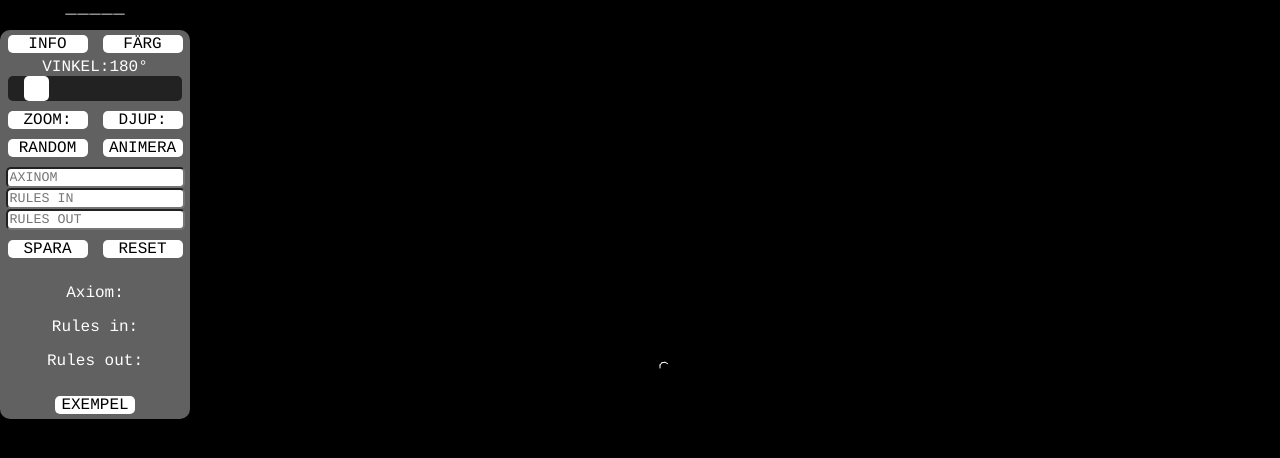
Repository: Gabrielw123/Fraktalgenerator
Page: fraktaler/test/index.html
An editor plug-in stored every save of this project. The page is shown before and after the next save, followed by the edit.
The browser window is 1280 px wide. The pictures show the whole page.
Some web libraries are served in a nearby version.

Above is the page before, as saved 2022-01-13 13:54:41.

### fraktaler/test/index.html
<!DOCTYPE html>
<html lang="en">
  <head>
    <meta charset="UTF-8" />
    <meta http-equiv="X-UA-Compatible" content="IE=edge" />
    <meta name="viewport" content="width=device-width, initial-scale=1.0" />
    <link rel="stylesheet" href="style.css" />
    <title>Fraktal Generator</title>
    <script src="https://cdn.jsdelivr.net/npm/p5@1.0.0/lib/p5.js"></script>
    <!--fading-->
    <script
      src="http://ajax.googleapis.com/ajax/libs/jquery/1.7.1/jquery.min.js"
      type="text/javascript"
    ></script>
  </head>
  <body>
    <!--Skapa en canvas-->
    <canvas id="canvas"></canvas>

    <div class="kontroller">
      <div
        style="background: black"
        onmousedown="return false"
        onselectstart="return false"
        class="grid-container1"
      >
        <div class="grid-item">
          <a class="knappgöm" id="gömknapp" onClick="action();">⏤⏤⏤⏤⏤</a>
        </div>
      </div>

      <div
        style="border-top-left-radius: 10px; border-top-right-radius: 10px"
        onmousedown="return false"
        onselectstart="return false"
        class="grid-container"
        id="göm1"
      >
        <div class="grid-item">
          <a class="knapp" id="infoknapp">INFO</a>
        </div>
        <div class="grid-item">
          <a class="knapp" id="colorknapp" onclick="color();">FÄRG</a>
        </div>
      </div>
      <!--slider vinkel-->
      <div class="slider-container" id="göm2">
        <a onmousedown="return false" onselectstart="return false"
          >VINKEL:<span id="vinkel-out"></span>&deg;</a
        >
        <input type="range" min="0" max="360" class="slider" id="vinkel" />
      </div>

      <div
        onmousedown="return false"
        onselectstart="return false"
        class="grid-container"
        id="göm3"
      >
        <div class="grid-item">
          <a class="knapp" id="längdknapp">ZOOM:<span id="segment_n"></span></a>
        </div>
        <div class="grid-item">
          <a class="knapp" id="djupknapp"
            >DJUP:<span id="generation-out"></span
          ></a>
        </div>

        <div class="grid-item">
          <a class="knapp" id="randomknapp" onclick="random();">RANDOM</a>
        </div>
        <div class="grid-item">
          <a class="knapp" id="animeraknapp" onclick="animera();">ANIMERA</a>
        </div>
      </div>

      <div class="grid-container1" id="göm4">
        <div class="grid-item">
          <input
            style="font-family: courier"
            class="input"
            type="text"
            placeholder="AXINOM"
            id="axiom"
          />
          <input
            style="font-family: courier"
            class="input"
            type="text"
            placeholder="RULES IN"
            id="rules1"
          />
          <input
            style="font-family: courier"
            class="input"
            type="text"
            placeholder="RULES OUT"
            id="rules2"
          />
        </div>
      </div>
      <div
        onmousedown="return false"
        onselectstart="return false"
        class="grid-container"
        id="göm5"
      >
        <div class="grid-item">
          <a class="knapp" id="btn">SPARA</a>
        </div>
        <div class="grid-item">
          <a class="knapp" id="resetknapp" onclick="reset();">RESET</a>
        </div>
      </div>
      <div
        style="
          border-bottom-left-radius: 10px;
          border-bottom-right-radius: 10px;
        "
        class="grid-container1"
        id="göm6"
      >
        <div class="grid-item">
          <p>Axiom:<span id="axiom-out"></span></p>
          <p>Rules in:<span id="rules1-out"></span></p>
          <p>Rules out:<span id="rules2-out"></span></p>
          <p></p>
        </div>
        <div class="grid-item">
          <a
            onmousedown="return false"
            onselectstart="return false"
            class="knapp"
            id="exempelknapp"
            onclick="example();"
            >EXEMPEL</a
          >
        </div>
      </div>

      <!--EXEMPEL-->

      <div
        style="border-radius: 10px"
        onmousedown="return false"
        onselectstart="return false"
        class="grid-container"
        id="göm7"
      >
        <div class="grid-item">
          <a class="knappex" id="Board">Board</a>
        </div>
        <div class="grid-item">
          <a class="knappex" id="Crystal">Crystal</a>
        </div>
        <div class="grid-item">
          <a class="knappex" id="Dragon Curve">Dragon Curve</a>
        </div>
        <div class="grid-item">
          <a class="knappex" id="Hexagonal Gosper">Hexagonal Gosper</a>
        </div>
        <div class="grid-item">
          <a class="knappex" id="Kochcurve">Koch curve</a>
        </div>
        <div class="grid-item">
          <a class="knappex" id="Krishna Anklets">Krishna Anklets</a>
        </div>
        <div class="grid-item">
          <a class="knappex" id="Lévy curve">Lévy curve</a>
        </div>
        <div class="grid-item">
          <a class="knappex" id="L-System Bushes 1">L-System Bushes 1</a>
        </div>
        <div class="grid-item">
          <a class="knappex" id="L-System Bushes 2">L-System Bushes 2</a>
        </div>
        <div class="grid-item">
          <a class="knappex" id="Peano Curve">Peano Curve</a>
        </div>
        <div class="grid-item">
          <a class="knappex" id="Quadratic Snowflake">Quadratic Snowflake </a>
        </div>
        <div class="grid-item">
          <a class="knappex" id="Rings">Rings</a>
        </div>
        <div class="grid-item">
          <a class="knappex" id="Sierpinski Arrowhead">Sierpinski Arrowhead</a>
        </div>
        <div class="grid-item">
          <a class="knappex" id="Sierpinskisquare">Sierpinski Square</a>
        </div>
        <div class="grid-item">
          <a class="knappex" id="Snowflake">Snowflake</a>
        </div>
        <div class="grid-item">
          <a class="knappex" id="Tiles">Tiles</a>
        </div>
        <div class="grid-item">
          <a class="knappex" id="Triangle">Triangle</a>
        </div>
        <div class="grid-item">
          <a class="knappex" id="Von Koch Snowflake">Von Koch Snowflake</a>
        </div>
      </div>
    </div>
    <!--Script-->
    <script src="bruh.js">
      example();
            fraktal.update();
    </script>
  </body>
</html>

### fraktaler/test/style.css
body {
  font-family: "courier", monospace;
  background-color: black;
  color: white;
  text-align: center;
}

.input {
  width: 90%;
  border-radius: 5px;
  color: black;
  background: white;
}
.input:hover {
  background: black;
  color: white;
}

.kontroller {
  width: 190px;
  height: 180px;
  margin: auto;
  position: fixed;
  top: 0%;
  left: 0%;
  right: 100%;
}
.grid-container {
  background: rgba(97, 97, 97, 1);
  display: grid;
  grid-template-columns: auto auto;
}

.grid-container1 {
  background: rgba(97, 97, 97, 1);
  display: grid;
  grid-template-columns: auto;
}
.grid-item {
  text-align: center;
  margin: auto;
  padding-top: 5px;
  padding-bottom: 5px;
}
.grid-item1 {
  text-align: center;
  margin: auto;
  padding-top: 5px;
  padding-bottom: 5px;
  width: 300px;
}
#axiom-out {
  text-align: left;
}
.slider-container {
  background: rgba(97, 97, 97, 1);
  display: grid;
  grid-template-columns: auto;
  width: 100%;
  margin: auto;
  padding-bottom: 5px;
}
.slider {
  -webkit-appearance: none;
  width: 92%;
  height: 25px;
  background: #222222;
  outline: none;
  margin: auto;
  -webkit-transition: 0.2s;
  transition: opacity 0.2s;
  border-radius: 5px;
}

.slider:hover {
  background: black;
  color: white;
}

.slider::-webkit-slider-thumb {
  -webkit-appearance: none;
  appearance: none;
  width: 25px;
  height: 25px;
  background: #ffffff;
  cursor: pointer;
  border-radius: 5px;
}

.slider::-moz-range-thumb {
  width: 25px;
  height: 25px;
  background: #04aa6d;
  cursor: pointer;
}

a.knapp {
  display: block;
  background: white;
  color: black;
  width: 80px;
  cursor: pointer;
  border-radius: 5px;
}
a.knapp:hover {
  background: black;
  border-radius: 5px;
  color: white;
}

#canvas {
  position: fixed;
  top: 0px;
  left: 0px;
  z-index: -1;
}

a.knappon {
  display: block;
  width: 80px;
  background: black;
  color: white;
  cursor: pointer;
  border-radius: 5px;
}
a.knappex {
  background: white;
  color: black;
  text-align: center;
  cursor: pointer;
  font-size: 13px;
  width: 85px;
  height: 35px;
  display: table-cell;
  vertical-align: middle;
  border-radius: 5px;
}
a.knappex:hover {
  background: black;
  border-radius: 5px;
  color: white;
}
.span {
  width: 500px;
}
.knappgöm {
  display: block;
  background: black;
  color: white;
  width: 85px;
  height: 20px;
  cursor: pointer;
  font-size: 15px;
  border-radius: 5px;
}
a.knappgöm:hover {
  background: white;
  border-radius: 5px;
  color: black;
}

### fraktaler/test/bruh.js
/*

Den här fraktal generatorn använder sig av Lindenmayer systemet (https://en.wikipedia.org/wiki/L-system)

Källor för lite info
https://codesandbox.io/s/fraktal-generator-forked-g76j8?file=/sketch.js
https://en.wikipedia.org/wiki/L-system#Types_of_L-systems
http://paulbourke.net/fractals/lsys/
https://www.sidefx.com/docs/houdini/nodes/sop/lsystem.html
http://www1.biologie.uni-hamburg.de/b-online/e28_3/lsys.html
https://www.kevs3d.co.uk/dev/lsystems/
https://piratefsh.github.io/p5js-art/public/lsystems/

*/

//INFO button
fetch("README.txt")
  .then((response) => response.text())
  .then((text) => console.log(text));

var info = document.getElementById("infoknapp");
info.onclick = function () {
  confirm("to");
};

//hur snabbt den animerar
var animatespeed = 100;

//lite variablar
let genButton;
let resButton;
let guiText;
color_n = 0;
let generation = 0;
let maxGeneration = 5;
let length;
let angle;
//första load
let axiom = "F+F+F+F";
let rules = [
  {
    in: "F",
    out: "F+F-F-FF+F+F-F",
  },
];

//save button för egna input på fraktaler
const btn = document.getElementById("btn");

btn.addEventListener("click", function () {
  var axiom2 = document.getElementById("axiom").value;
  var rules1 = document.getElementById("rules1").value;
  var rules2 = document.getElementById("rules2").value;
  confirm(
    "Axiom: " + axiom2 + "\nRules in: " + rules1 + "\nRules out: " + rules2
  );
  axiom = axiom2;
  rules = [
    {
      in: rules1,
      out: rules2,
    },
  ];
});

//animera ikonen på hemsidan
var favicon_images = [
    "bilderhem/tmp-0.gif",
    "bilderhem/tmp-1.gif",
    "bilderhem/tmp-2.gif",
    "bilderhem/tmp-3.gif",
    "bilderhem/tmp-4.gif",
    "bilderhem/tmp-5.gif",
  ],
  image_counter = 0;

setInterval(function () {
  if (document.querySelector("link[rel='icon']") !== null)
    document.querySelector("link[rel='icon']").remove();
  if (document.querySelector("link[rel='shortcut icon']") !== null)
    document.querySelector("link[rel='shortcut icon']").remove();
  document
    .querySelector("head")
    .insertAdjacentHTML(
      "beforeend",
      '<link rel="icon" href="' +
        favicon_images[image_counter] +
        '" type="image/gif">'
    );
  if (image_counter == favicon_images.length - 1) image_counter = 0;
  else image_counter++;
}, 200);

//göm UI
var hidden = false;
function action() {
  hidden = !hidden;
  if (hidden) {
    document.getElementById("göm1").style.visibility = "hidden";
    document.getElementById("göm2").style.visibility = "hidden";
    document.getElementById("göm3").style.visibility = "hidden";
    document.getElementById("göm4").style.visibility = "hidden";
    document.getElementById("göm5").style.visibility = "hidden";
    document.getElementById("göm6").style.visibility = "hidden";
    if (document.getElementById("göm7").style.visibility === "visible") {
      document.getElementById("göm7").style.visibility = "hidden";
    }
  } else {
    document.getElementById("göm1").style.visibility = "visible";
    document.getElementById("göm2").style.visibility = "visible";
    document.getElementById("göm3").style.visibility = "visible";
    document.getElementById("göm4").style.visibility = "visible";
    document.getElementById("göm5").style.visibility = "visible";
    document.getElementById("göm6").style.visibility = "visible";
    document.getElementById("göm7").style.visibility = "visible";
  }
}
//göm från början
document.getElementById("göm7").style.visibility = "hidden";
var hidden1 = true;
function example() {
  hidden1 = !hidden1;
  if (hidden1) {
    document.getElementById("göm7").style.visibility = "hidden";
  } else {
    document.getElementById("göm7").style.visibility = "visible";
  }
}

let sentence = axiom;

//start funktion
function setup() {
  createCanvas(windowWidth - 40, windowHeight - 25);
  angle = radians(vinkel.value);
  length = segment_n * 3;
  turtle();
  drawGUI();
}

//color problem
var r = 255,
  g = 0,
  b = 0;

setInterval(function () {
  if (r > 0 && b == 0) {
    r--;
    g++;
  }
  if (g > 0 && r == 0) {
    g--;
    b++;
  }
  if (b > 0 && g == 0) {
    r++;
    b--;
  }
  $("#color").text("rgb(" + r + "," + g + "," + b + ")");
  $("#color").css("color", "rgb(" + r + "," + g + "," + b + ")");
  turtle();
  console.log("df");
}, 10);

function generate() {
  length = segment_n * 3;

  let nextSentence = "";

  for (let i = 0; i < sentence.length; i++) {
    let found = false;
    let currentChar = sentence.charAt(i);

    for (let j = 0; j < rules.length; j++) {
      if (currentChar === rules[j].in) {
        found = true;
        nextSentence += rules[j].out;
        break;
      }
    }
    if (!found) {
      nextSentence += currentChar;
    }
  }
  sentence = nextSentence;
  turtle();
}
function turtle() {
  resetMatrix();
  background(0);
  //color
  if (color_n === 0) {
    stroke(255); //white
  }
  if (color_n === 1) {
    stroke(0, 0, 255); //blue
  }
  if (color_n === 2) {
    stroke(0, 128, 0); //green
  }
  if (color_n === 3) {
    stroke(255, 0, 0); //red
  }
  if (color_n === 4) {
    stroke(255, 165, 0); //orange
  }
  if (color_n === 5) {
    stroke(r, g, b); //rgb flera färger
  }
  translate(window.innerWidth / 2, window.innerHeight / 2);

  for (let i = 0; i <= sentence.length; i++) {
    let currentChar = sentence.charAt(i);

    if (currentChar === "F") {
      line(0, 0, 0, -length);
      translate(0, -length);
    } else if (currentChar === "+") {
      rotate(angle);
    } else if (currentChar === "-") {
      rotate(-angle);
    } else if (currentChar === "[") {
      push();
    } else if (currentChar === "]") {
      pop();
    }
  }
}

var djupknapp = document.getElementById("djupknapp");
djupknapp.onclick = function () {
  if (generation < maxGeneration) {
    generate();
  }
  generation++;
  if (generation > 5) {
    generation = 1;
    sentence = axiom;
    generate();
  }
  var generationout = document.getElementById("generation-out");
  generationout.innerHTML = generation;
  var axiomout = document.getElementById("axiom-out");
  axiomout.innerHTML = axiom;
  var rules1out = document.getElementById("rules1-out");
  rules1out.innerHTML = rules[0].in;
  var rules2out = document.getElementById("rules2-out");
  rules2out.innerHTML = rules[0].out;
};

//skriver ut värden och saker på skärmer för användaren
function drawGUI() {
  genButton = createButton("DJUP");
  genButton.size(85, 20);
  genButton.position(-200, 260);
  genButton.mousePressed(function () {
    if (generation < maxGeneration) {
      generate();
    }
    generation++;
    if (generation > 5) {
      generation = 1;
      sentence = axiom;
      generate();
    }
    var generationout = document.getElementById("generation-out");
    generationout.innerHTML = generation;
    var axiomout = document.getElementById("axiom-out");
    axiomout.innerHTML = axiom;
    var rules1out = document.getElementById("rules1-out");
    rules1out.innerHTML = rules[0].in;
    var rules2out = document.getElementById("rules2-out");
    rules2out.innerHTML = rules[0].out;
  });
}

//!Exemepel knappar

//Andra rad
animera_n = 0;

var c1 = 0;
var t;
var timer_is_on = 0;

//Random funktion
function getRandomInt(min, max) {
  min = Math.ceil(min);
  max = Math.floor(max);
  return Math.floor(Math.random() * (max - min) + min); //The maximum is exclusive and the minimum is inclusive
}

var fraktal = (function () {
  //js funktion
  const c = document.getElementById("canvas");
  var ctx = c.getContext("2d");

  //får bredden och höjden av hemsidan du har på din enhet
  c.width = window.innerWidth;
  c.height = window.innerHeight;
  ctx.strokeStyle = "black";
  ctx.lineWidth = 2;

  //!SLIDERS
  var vinkel = document.getElementById("vinkel");
  var vinkelout = document.getElementById("vinkel-out");
  vinkelout.innerHTML = vinkel.value;

  //gör saker med vinkel
  vinkel.oninput = function () {
    vinkelout.innerHTML = this.value;
    update();
  };

  //SEGMENT
  var segment = document.getElementById("längdknapp");
  segment.onclick = function () {
    segment_n++;
    if (segment_n === 6) {
      segment_n = 1;
    }
    document.getElementById("segment_n").innerHTML = segment_n;
    update();
  };
  //!RESET
  var reset = document.getElementById("resetknapp");
  reset.onclick = function () {
    sentence = axiom;
    turtle();
    vinkel.value = 90;
    segment_n = 3;
    generation = 2;
    axiom = "F+F+F+F";
    rules = [
      {
        in: "F",
        out: "F+F-F-FF+F+F-F",
      },
    ];
    //stönga av animera
    clearTimeout(t);
    animera.className = "knapp";
    c1 = 0;
    animera_n = 0;
    //update this
    update();
  };

  //!RANDOM
  var random = document.getElementById("randomknapp");
  random.onclick = function () {
    vinkel.value = getRandomInt(0, 361);
    vinkelout.innerHTML = vinkel.value;
    update();
  };

  //!ANIMERA

  var animera = document.getElementById("animeraknapp");
  animera.onclick = function () {
    animera_n++;
    if (animera_n === 1) {
      timedCount();
      animera.className = "knappon";
    }
    if (animera_n === 2) {
      clearTimeout(t);
      animera.className = "knapp";
      c1 = 0;
      animera_n = 0;
    }
  };
  //!COLOR

  var color = document.getElementById("colorknapp");
  color.onclick = function () {
    color_n++;
    if (color_n === 6) {
      color_n = 0;
    }
    update();
  };

  timedCount = function () {
    var v = parseInt(vinkel.value);
    v = v + 1;

    if (v === 361) {
      v = 0;
    }
    //updatera UI
    vinkel.value = v;
    vinkelout.innerHTML = vinkel.value;
    //vänta
    t = setTimeout(timedCount, animatespeed);
    update();
  };

  //!Uppdatera allt/////////////////////////////
  var update = function () {
    //skriver ut de nya väderna
    setup();
    //Updaterar sliders och bilder/knappar
    vinkelout.innerHTML = vinkel.value;
    document.getElementById("segment_n").innerHTML = segment_n;
    var generationout = document.getElementById("generation-out");
    generationout.innerHTML = generation;

    var axiomout = document.getElementById("axiom-out");
    axiomout.innerHTML = axiom;
    var rules1out = document.getElementById("rules1-out");
    rules1out.innerHTML = rules[0].in;
    var rules2out = document.getElementById("rules2-out");
    rules2out.innerHTML = rules[0].out;
    //sparar hashen för hemsidan
    save();
  };

  //!SAVE OCH LOAD
  var save = function () {
    var ruleid =
      "#" +
      vinkel.value +
      "," +
      segment_n +
      "," +
      generation +
      "," +
      axiom +
      "," +
      rules[0].in +
      "," +
      rules[0].out;
    window.location = String(window.location).replace(/\#.*$/, "") + ruleid;
  };

  var load = function () {
    let d = window.location.toString();
    if (d.includes("#")) {
      const myArr = d.split("#");

      const test = myArr[1].split(",");
      //Sliders
      vinkel.value = test[0];
      //Knappar
      segment_n = test[1];
      generation = test[2];
      axiom = test[3];
      rules[0].in = test[4];
      rules[0].out = test[5];

      if (
        vinkel.value == undefined ||
        segment_n === undefined ||
        generation === undefined ||
        axiom === undefined ||
        rules[0].in === undefined ||
        rules[0].out === undefined
      ) {
        //Sliders
        vinkel.value = 40;
        //Knappar
        segment_n = 1;
        generation = 1;
        axiom = "F";
        rules[0].in = "F";
        rules[0].out = "F+F";
      }
    } else {
      //Sliders
      vinkel.value = 40;
      //Knappar
      segment_n = 1;
      //Knappar
      generation = 1;
      axiom = "F";
      rules[0].in = "F";
      rules[0].out = "F+F";
    }
    save();
  };
  //!START
  load();

  //!EXEMPEL
  //Exemplerna är ifrån http://paulbourke.net/fractals/lsys/
  //save button för egna input på fraktaler
  const Kochcurve = document.getElementById("Kochcurve");
  Kochcurve.addEventListener("click", function () {
    axiom = "F+F+F+F";
    rules = [
      {
        in: "F",
        out: "F+F-F-FF+F+F-F",
      },
    ];
    vinkel.value = 90;
    segment_n = 3;
    generation = 5;
    update();
  });

  const Sierpinskisquare = document.getElementById("Sierpinskisquare");
  Sierpinskisquare.addEventListener("click", function () {
    axiom = "F+XF+F+XF";
    rules = [
      {
        in: "X",
        out: "XF-F+F-XF+F+XF-F+F-X",
      },
    ];
    vinkel.value = 90;
    segment_n = 3;
    generation = 5;
    update();
  });

  const LSystemBushes1 = document.getElementById("L-System Bushes 1");
  LSystemBushes1.addEventListener("click", function () {
    axiom = "F";
    rules = [
      {
        in: "F",
        out: "FF+[+F-F-F]-[-F+F+F]",
      },
    ];
    vinkel.value = 22.5;
    segment_n = 1;
    generation = 5;
    update();
  });

  const LSystemBushes2 = document.getElementById("L-System Bushes 2");
  LSystemBushes2.addEventListener("click", function () {
    axiom = "F";
    rules = [
      {
        in: "F",
        out: "F[+FF][-FF]F[-F][+F]F",
      },
    ];
    vinkel.value = 35;
    segment_n = 1;
    generation = 5;
    update();
  });

  const Board = document.getElementById("Board");
  Board.addEventListener("click", function () {
    axiom = "F+F+F+F";
    rules = [
      {
        in: "F",
        out: "FF+F+F+F+FF",
      },
    ];
    vinkel.value = 90;
    segment_n = 1;
    generation = 5;
    update();
  });

  const Triangle = document.getElementById("Triangle");
  Triangle.addEventListener("click", function () {
    axiom = "F+F+F";
    rules = [
      {
        in: "F",
        out: "F-F+F",
      },
    ];
    vinkel.value = 120;
    segment_n = 1;
    generation = 5;
    update();
  });
  const Crystal = document.getElementById("Crystal");
  Crystal.addEventListener("click", function () {
    axiom = "F+F+F+F";
    rules = [
      {
        in: "F",
        out: "FF+F++F+F",
      },
    ];
    vinkel.value = 90;
    segment_n = 1;
    generation = 5;
    update();
  });
  const VonKochSnowflake = document.getElementById("Von Koch Snowflake");
  VonKochSnowflake.addEventListener("click", function () {
    axiom = "F++F++F";
    rules = [
      {
        in: "F",
        out: "F-F++F-F",
      },
    ];
    vinkel.value = 60;
    segment_n = 1;
    generation = 5;
    update();
  });
  const Tiles = document.getElementById("Tiles");
  Tiles.addEventListener("click", function () {
    axiom = "F+F+F+F";
    rules = [
      {
        in: "F",
        out: "FF+F-F+F+FF",
      },
    ];
    vinkel.value = 90;
    segment_n = 1;
    generation = 5;
    update();
  });

  const Rings = document.getElementById("Rings");
  Rings.addEventListener("click", function () {
    axiom = "F+F+F+F";
    rules = [
      {
        in: "F",
        out: "FF+F+F+F+F+F-F",
      },
    ];
    vinkel.value = 90;
    segment_n = 1;
    generation = 5;
    update();
  });
  const Lévycurve = document.getElementById("Lévy curve");
  Lévycurve.addEventListener("click", function () {
    axiom = "F";
    rules = [
      {
        in: "F",
        out: "+F--F+",
      },
    ];
    vinkel.value = 45;
    segment_n = 1;
    generation = 5;
    update();
  });
  const HexagonalGosper = document.getElementById("Hexagonal Gosper");
  HexagonalGosper.addEventListener("click", function () {
    axiom = "XF";
    rules = [
      {
        in: "X",
        out: "X+YF++YF-FX--FXFX-YF+",
      },
      {
        in: "Y",
        out: "-FX+YFYF++YF+FX--FX-Y",
      },
    ];
    vinkel.value = 60;
    segment_n = 1;
    generation = 5;
    update();
  });
  const DragonCurve = document.getElementById("Dragon Curve");
  DragonCurve.addEventListener("click", function () {
    axiom = "FX";
    rules = [
      {
        in: "X",
        out: "X+YF+",
      },
      {
        in: "Y",
        out: "-FX-Y",
      },
    ];
    vinkel.value = 90;
    segment_n = 1;
    generation = 5;
    update();
  });
  const SierpinskiArrowhead = document.getElementById("Sierpinski Arrowhead");
  SierpinskiArrowhead.addEventListener("click", function () {
    axiom = "YF";
    rules = [
      {
        in: "X",
        out: "YF+XF+Y",
      },
      {
        in: "Y",
        out: "XF-YF-X",
      },
    ];
    vinkel.value = 60;
    segment_n = 1;
    generation = 5;
    update();
  });
  const QuadraticSnowflake = document.getElementById("Quadratic Snowflake");
  QuadraticSnowflake.addEventListener("click", function () {
    axiom = "F";
    rules = [
      {
        in: "F",
        out: "F-F+F+F-F",
      },
    ];
    vinkel.value = 90;
    segment_n = 1;
    generation = 5;
    update();
  });
  const PeanoCurve = document.getElementById("Peano Curve");
  PeanoCurve.addEventListener("click", function () {
    axiom = "X";
    rules = [
      {
        in: "X",
        out: "XFYFX+F+YFXFY-F-XFYFX",
      },
      {
        in: "Y",
        out: "YFXFY-F-XFYFX+F+YFXFY",
      },
    ];
    vinkel.value = 90;
    segment_n = 1;
    generation = 5;
    update();
  });
  const snowflake = document.getElementById("Snowflake");
  snowflake.addEventListener("click", function () {
    axiom = "F-F-F-F-F";
    rules = [
      {
        in: "F",
        out: "F-F++F+F-F-F",
      },
    ];
    vinkel.value = 72;
    segment_n = 1;
    generation = 5;
    update();
  });
  const KrishnaAnklets = document.getElementById("Krishna Anklets");
  KrishnaAnklets.addEventListener("click", function () {
    axiom = "-X--X";
    rules = [
      {
        in: "X",
        out: "XFX--XFX",
      },
    ];
    vinkel.value = 45;
    segment_n = 1;
    generation = 5;
    update();
  });
})();

After the next save:
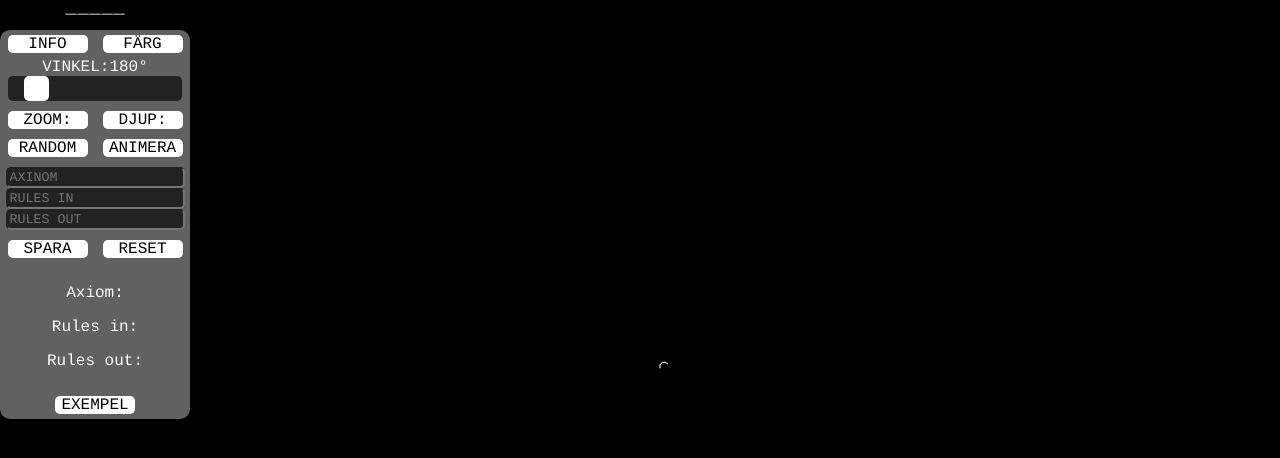
Saved 15 s later.
--- a/fraktaler/test/style.css
+++ b/fraktaler/test/style.css
@@ -9,7 +9,7 @@ body {
   width: 90%;
   border-radius: 5px;
   color: black;
-  background: white;
+  background: #222222;
 }
 .input:hover {
   background: black;
